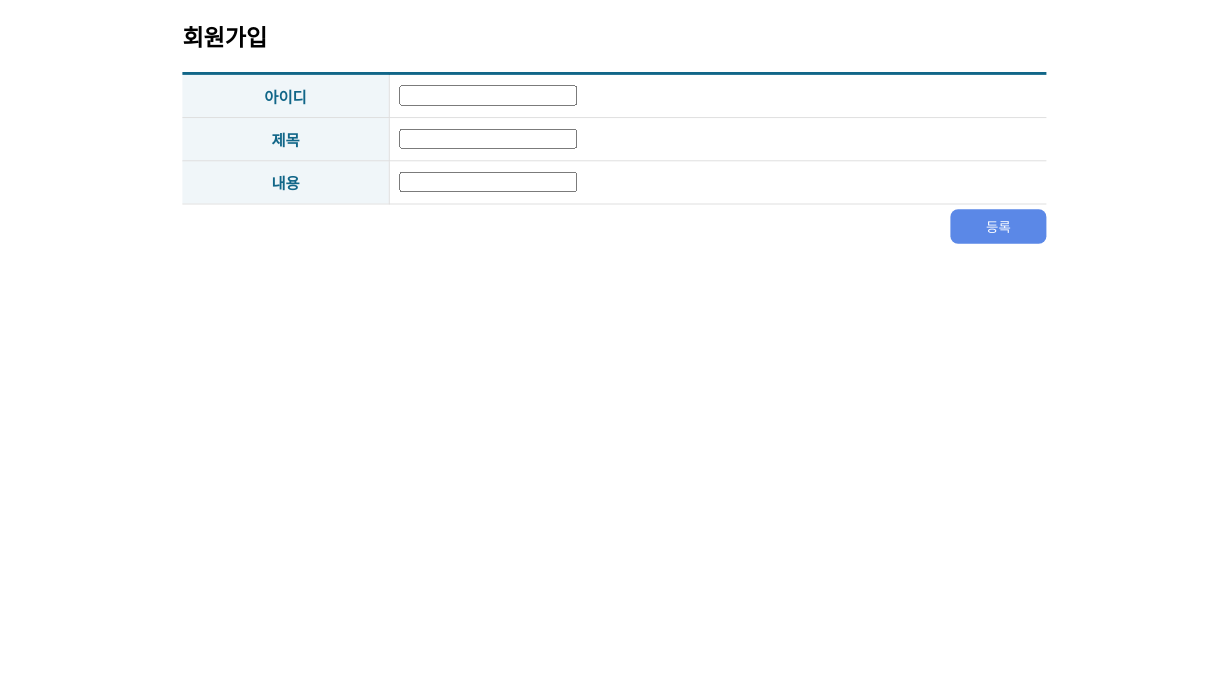
Repository: songhyeonjun/java
Page: http://localhost/group_project/create.jsp
The author's editor kept a copy of each file at every save. The page is drawn from the files as they stood at one save, then again after the next save.
The browser window is 1280 px wide. The pictures show the whole page, at 96% of full size.
The page is served by Tomcat 9. Other server files are loaded and not shown.

Above is the page before, as saved 2022-02-15 01:09:02.
Console error: SyntaxError: Unexpected token '}'

### group_project/src/main/webapp/create.jsp
<%@ page language="java" contentType="text/html; charset=UTF-8"
    pageEncoding="UTF-8"%>
<%@ taglib prefix="c" uri="http://java.sun.com/jsp/jstl/core" %>
<%@ taglib prefix="fmt" uri="http://java.sun.com/jsp/jstl/fmt" %>
<c:set var="contextPath" value="${pageContext.request.contextPath}"/>

<!DOCTYPE html>
<html>
<head>
<meta charset="UTF-8">
<title>회원가입</title>
<link rel="stylesheet" type="text/css" href="${contextPath}/css/style.css"/>
<script src="https://code.jquery.com/jquery-2.2.4.min.js" integrity="sha256-BbhdlvQf/xTY9gja0Dq3HiwQF8LaCRTXxZKRutelT44=" crossorigin="anonymous"></script>
<script>
// 초기화
	$(function() {


		$("#btn_save").click(function() {
			if($("#id").val() == '') {
				alert("아이디을 입력해주세요.");
				$("#id").focus();
				return;
			}
			if($("#title").val() == '') {
				alert("제목을 입력해주세요.");
				$("#title").focus();
				return;
			}
			if($("#context").val() == '') {
				alert("내용 확인을 입력해주세요.");
				$("#context").focus();
				return;
			}
			$('#frmBoard').submit();
		});

		/*
			$("#btn_idcheck").click(function() {
			// jquery Ajax
			if($('#m_id').val() == '') {
				alert('아이디를 입력해주세요.');
				return;
			}


			$.ajax({
				url : '${contextPath}/idCheck',
				data: {'check_id':$('#m_id').val()},
				method:'get',
				beforeSend : function(){
		           //URL 전송전에 작업할 내용
		           // console.log('beforeSend');
		        },
		        success:function(data) {
		        	console.log("data:"+data);
		        	//성공적으로 URL 전송하고 난 내용
		        	if(data == "false") {
		        		if(confirm("아이디를 사용하시겠습니까?")) {
		        			$('idcheck').val('1');
		        			$('#m_id').attr('readonly', true);
		        			}
		        	}
		        		else {
		        			alert("아이디를 사용할 수 없습니다.")
		        		}
		        	},
		        	error : function() {

		        	},
		        	complete: function() {

		        	}
			});
			*/
		});
	});
</script>
</head>
<body>
<div class="container">
	<div class="section">
	<h2>회원가입</h2>
<table class="bluetop">
			<form action="" method="post" id="frmBoard">
			<input type="hidden" name="idcheck" id="idcheck" value="0"/>

				<tr>
					<th>아이디</th>
						<td>
						<input type="text" name="id" id="id">
					</td>
				</tr>

				<tr>
				<th>제목</th>
				<td><input type="text" name="title" id="title"></td>
				</tr>

				<tr>
				<th>내용</th>
				<td><input type="textarea" name="context" id="context"></td>
				</tr>


				</form>
			</table>
			<div class="btns">
				<button type="button" class="btn_style_submit" id="btn_save">등록</button>
			</div>
		</div>
	</div>

</body>
</html>

### group_project/src/main/webapp/css/style.css
@charset "UTF-8";

.container {width:100%;}

.section {
	width:900px;
	margin:0 auto;
}

.bluetop {
	border-collapse: collapse;
	border-top: 3px solid #168;
	width:100%;
}
.bluetop th {
  color: #168;
  background: #f0f6f9;
}
.bluetop th, .bluetop td {
  padding: 10px;
  border: 1px solid #ddd;
}
.bluetop th:first-child, .bluetop td:first-child {
  border-left: 0;
}
.bluetop th:last-child, .bluetop td:last-child {
  border-right: 0;
}

button {cursor:pointer;}
/*button*/
.btns {float:right;padding-top:5px;}
.btn_style_submit{width:100px; border:0; border-radius:8px; background:#5B88E7; color:#fff; height:36px; font-size:14px; display:inline-block; text-align:center; line-height:36px;}
.btn_style_cancel{width:100px; border:0; border-radius:8px; background:#000; color:#fff; height:36px; font-size:14px; display:inline-block; text-align:center; line-height:36px;}
.btn_style_edit{width:100px; border:0; border-radius:8px; background:#0BB5C2; color:#fff; height:36px; font-size:14px; display:inline-block; text-align:center; line-height:36px;}
.btn_style_delete{width:100px; border:0; border-radius:8px; background:#000; color:#fff; height:36px; font-size:14px; display:inline-block; text-align:center; line-height:36px;}

After the next save:
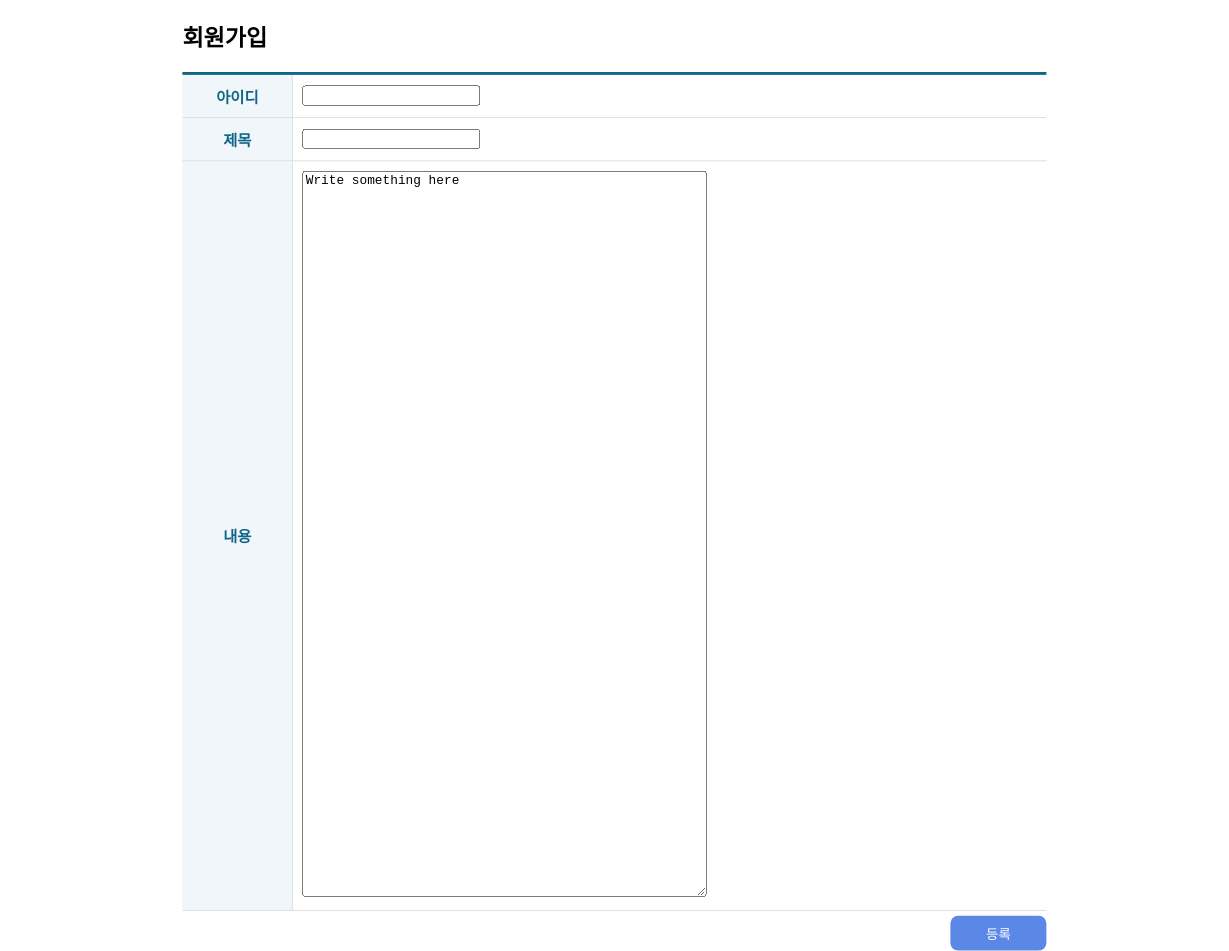
Saved 2 min 3 s later.
--- a/group_project/src/main/webapp/create.jsp
+++ b/group_project/src/main/webapp/create.jsp
@@ -99,7 +99,7 @@
 
 				<tr>
 				<th>내용</th>
-				<td><input type="textarea" name="context" id="context"></td>
+				<td><textarea name="context" id="context" rows="50" cols="50">Write something here</textarea></td>
 				</tr>
 
 
